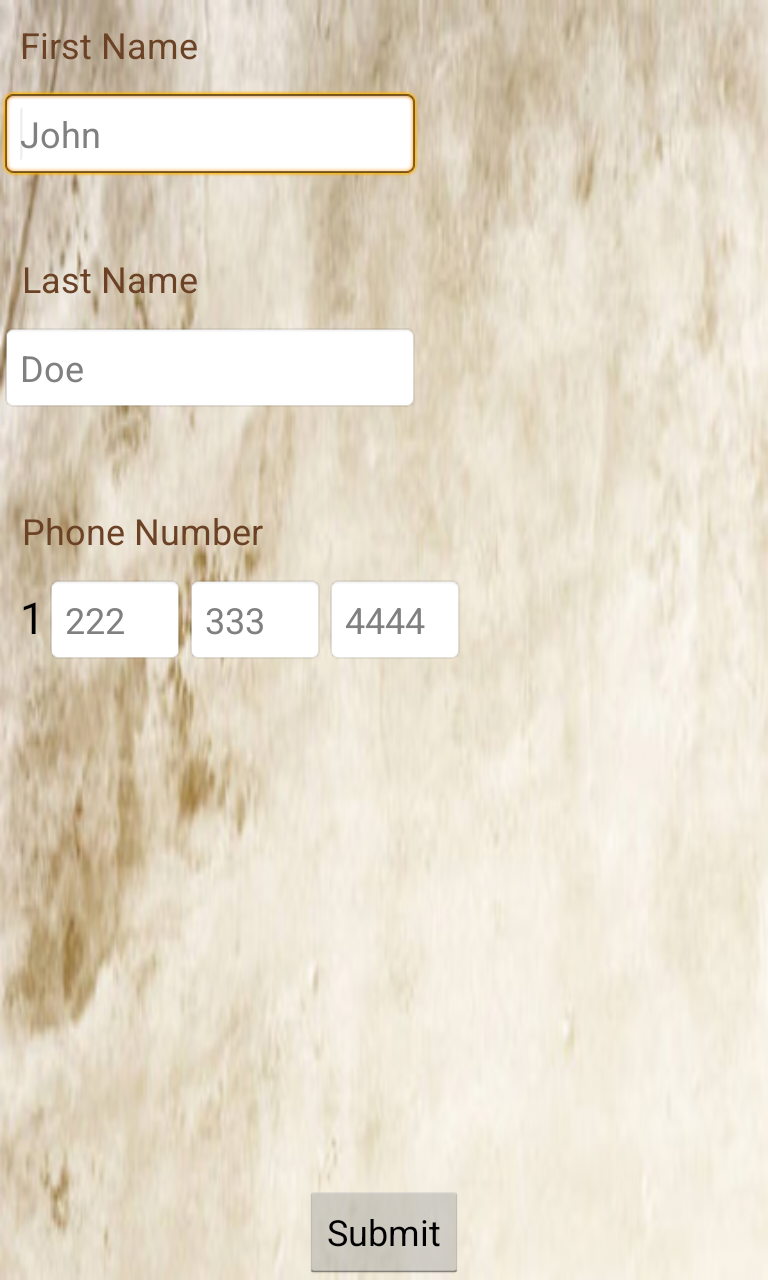
Repository: kenshiryu7/mdv-projects
Layout: Java_2/Java2_w3/res/layout/addview.xml
The author's editor kept a copy of each file at every save. The layout is drawn from the files as they stood at one save, then again after the next save.
It is drawn on a 768 x 1280 px phone screen (xhdpi) without system bars, with theme AppTheme; the app's code is not run.

Above is the layout before, as saved 2012-12-04 02:53:39.

### Java_2/Java2_w3/res/layout/addview.xml
<?xml version="1.0" encoding="utf-8"?>
<RelativeLayout xmlns:android="http://schemas.android.com/apk/res/android"
    xmlns:tools="http://schemas.android.com/tools"
    android:layout_width="match_parent"
    android:layout_height="match_parent"
    android:background="@drawable/row_bg" >



    <TextView
        android:id="@+id/textView1"
        android:layout_width="wrap_content"
        android:layout_height="wrap_content"
        android:layout_alignParentLeft="true"
        android:layout_alignParentTop="true"
        android:text="@string/main_name"
        android:textAppearance="?android:attr/textAppearanceMedium"
        android:padding="10dp"
        android:textColor="#6B4226" />

    <EditText
        android:id="@+id/editName"
        android:layout_width="wrap_content"
        android:layout_height="wrap_content"
        android:layout_alignParentLeft="true"
        android:layout_alignRight="@+id/editLast"
        android:layout_below="@+id/textView1"
        android:background="@android:drawable/editbox_background"
        android:ems="10"
        android:hint="@string/hint_name"
        android:inputType="textPersonName"
        android:padding="10dp"
        android:paddingLeft="10dp" >

        <requestFocus />
    </EditText>



    <TextView
        android:id="@+id/textView2"
        android:layout_width="wrap_content"
        android:layout_height="wrap_content"
        android:layout_alignRight="@+id/textView1"
        android:layout_below="@+id/editName"
        android:layout_marginTop="28dp"
        android:text="@string/main_last"
        android:textAppearance="?android:attr/textAppearanceMedium"
        android:padding="10dp"
        android:textColor="#6B4226" />

    <EditText
        android:id="@+id/editLast"
        android:layout_width="wrap_content"
        android:layout_height="wrap_content"
        android:layout_alignParentLeft="true"
        android:layout_below="@+id/textView2"
        android:background="@android:drawable/editbox_background"
        android:ems="10"
        android:hint="@string/hint_last"
        android:inputType="textPersonName"
        android:padding="10dp" />

    <TextView
        android:id="@+id/textView3"
        android:layout_width="wrap_content"
        android:layout_height="wrap_content"
        android:layout_alignLeft="@+id/textView2"
        android:layout_below="@+id/editLast"
        android:layout_marginTop="47dp"
        android:paddingLeft="10dp"
        android:text="@string/phone_num"
        android:textAppearance="?android:attr/textAppearanceMedium"
        android:textColor="#6B4226" />

	<LinearLayout
   		android:layout_width="match_parent"
    	android:layout_height="wrap_content"
    	android:layout_alignParentLeft="true"
    	android:layout_below="@+id/textView3"
    	android:padding="10dp"
    	android:orientation="horizontal" >

    	<TextView
        	android:id="@+id/textView4"
        	android:layout_width="wrap_content"
        	android:layout_height="wrap_content"
        	android:text="@string/one"
        	android:textAppearance="?android:attr/textAppearanceLarge"
        	android:textColor="#000000" />

    	<EditText
        	android:id="@+id/editPhone"
       	    android:layout_width="70dp"
        	android:layout_height="wrap_content"
       		android:background="@android:drawable/editbox_background"
        	android:ems="10"
        	android:hint="@string/phone_hint1"
        	android:maxLength="3"
        	android:inputType="phone"
        	android:padding="10dp" />

    	<EditText
        	android:id="@+id/editPhone2"
        	android:layout_width="70dp"
        	android:layout_height="wrap_content"
        	android:background="@android:drawable/editbox_background"
        	android:ems="10"
        	android:hint="@string/phone_hint2"
        	android:maxLength="3"
        	android:inputType="phone"
        	android:padding="10dp" >


    	</EditText>

    	<EditText
        	android:id="@+id/editPhone3"
        	android:layout_width="70dp"
        	android:layout_height="wrap_content"
        	android:background="@android:drawable/editbox_background"
        	android:ems="10"
        	android:hint="@string/phone_hint3"
        	android:maxLength="4"
        	android:inputType="phone"
        	android:padding="10dp" />

	</LinearLayout>

 	<Button
 	    android:id="@+id/sub_butt"
 	    android:layout_width="wrap_content"
 	    android:layout_height="wrap_content"
 	    android:layout_alignParentBottom="true"
 	    android:layout_centerHorizontal="true"
 	    android:text="@string/button_text" />

</RelativeLayout>

### Java_2/Java2_w3/res/values/strings.xml
<resources>

    <string name="app_name">Java2_w3</string>
    <string name="hello_world">Hello world!</string>
    <string name="menu_settings">Settings</string>
    <string name="title_activity_main">MainActivity</string>

    <string name="add_button">Add a Contact</string>

    <string name="main_name">First Name</string>
    <string name="hint_name">John</string>
    <string name="main_last">Last Name</string>
    <string name="hint_last">Doe</string>
    <string name="button_text">Submit</string>
    <string name="phone_num">Phone Number</string>
    <string name="phone_hint1">222</string>
    <string name="phone_hint2">333</string>
    <string name="phone_hint3">4444</string>
    <string name="one">1</string>

</resources>

Loaded but not shown: Java_2/Java2_w3/res/values-v11/styles.xml (common file); Java_2/Java2_w3/res/values-v14/styles.xml (common file); Java_2/Java2_w3/res/values/styles.xml (common file)

After the next save:
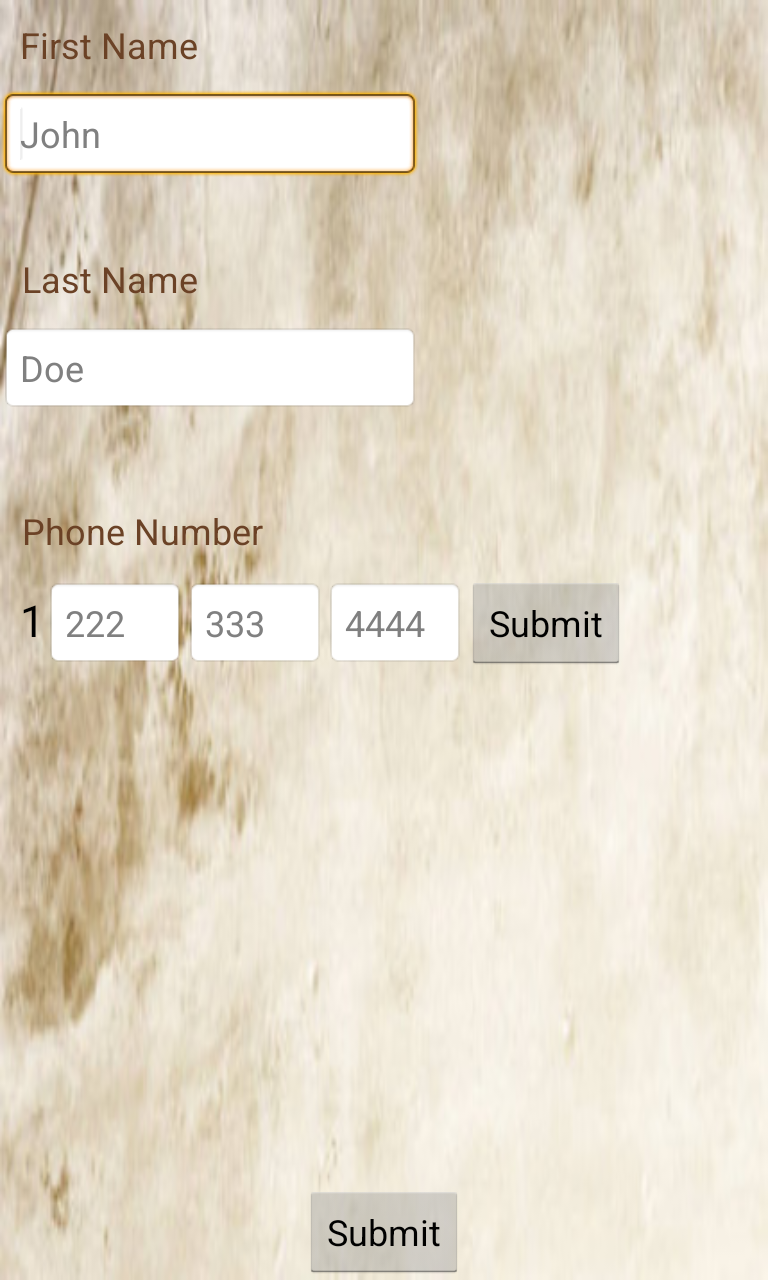
Saved 32 min 40 s later.
--- a/Java_2/Java2_w3/res/layout/addview.xml
+++ b/Java_2/Java2_w3/res/layout/addview.xml
@@ -125,6 +125,13 @@
         	android:inputType="phone"
         	android:padding="10dp" />
 
+    	<Button
+ 	    android:id="@+id/sub_butt"
+ 	    android:layout_width="wrap_content"
+ 	    android:layout_height="wrap_content"
+ 	    android:layout_alignParentBottom="true"
+ 	    android:layout_centerHorizontal="true"
+ 	    android:text="@string/button_text" />
 	</LinearLayout>
 
  	<Button

After the save that followed:
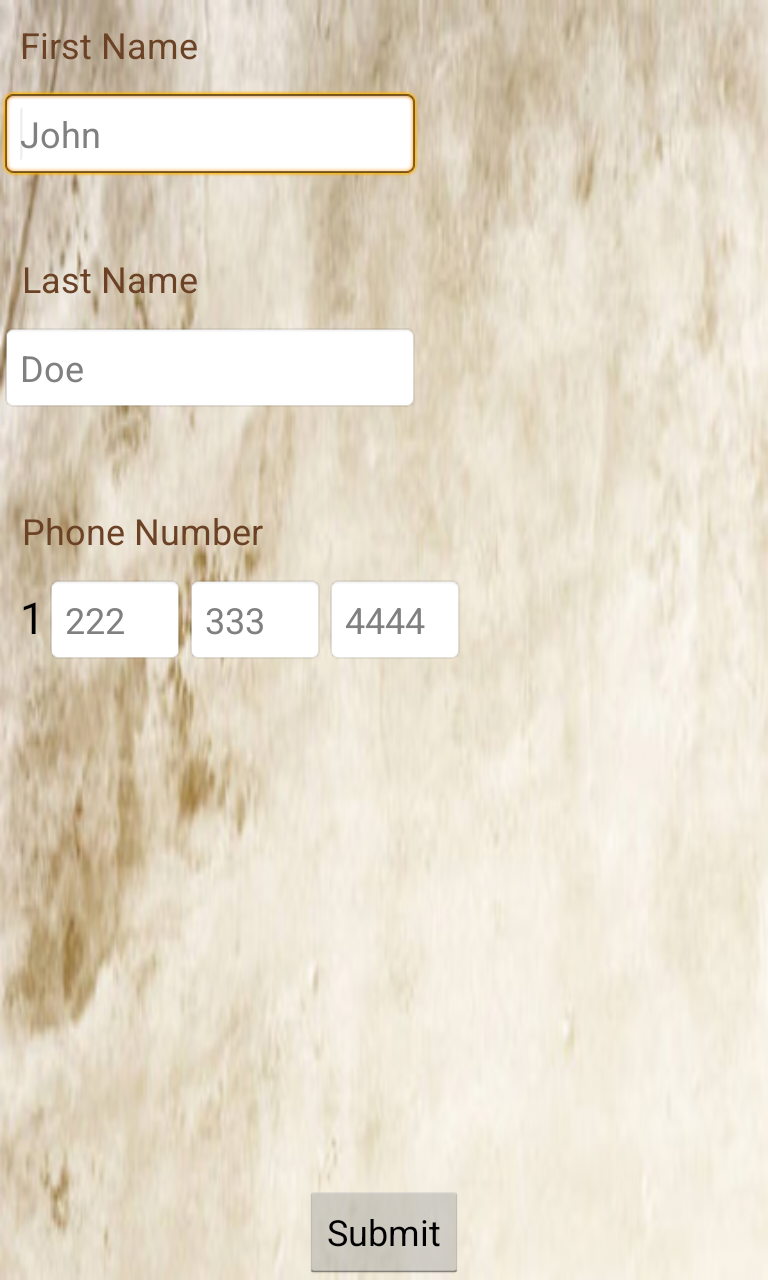
Saved 41 s later.
--- a/Java_2/Java2_w3/res/layout/addview.xml
+++ b/Java_2/Java2_w3/res/layout/addview.xml
@@ -125,13 +125,7 @@
         	android:inputType="phone"
         	android:padding="10dp" />
 
-    	<Button
- 	    android:id="@+id/sub_butt"
- 	    android:layout_width="wrap_content"
- 	    android:layout_height="wrap_content"
- 	    android:layout_alignParentBottom="true"
- 	    android:layout_centerHorizontal="true"
- 	    android:text="@string/button_text" />
+
 	</LinearLayout>
 
  	<Button
